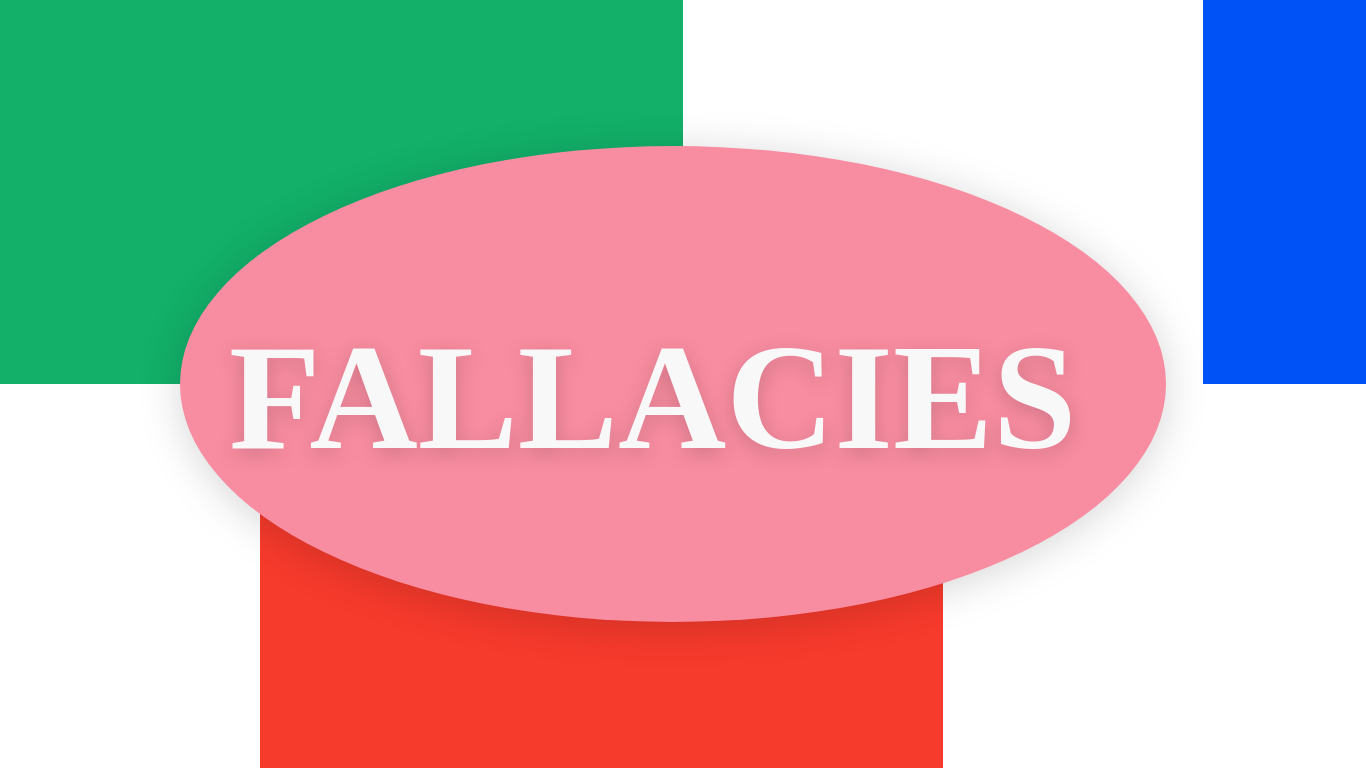
Repository: yafugray/fallacies
Page: project/Midterm project/index.html
These files come from the project's save history. The page is drawn as it stood at one moment and after the next save; the edit follows.
The browser window is 1280 px wide. The page is 1366 px wide, so the pictures cover 1366 px, including what lies to the right of the window. The pictures show the whole page.

Above is the page before, as saved 2020-03-12 14:28:01.

After the next save:
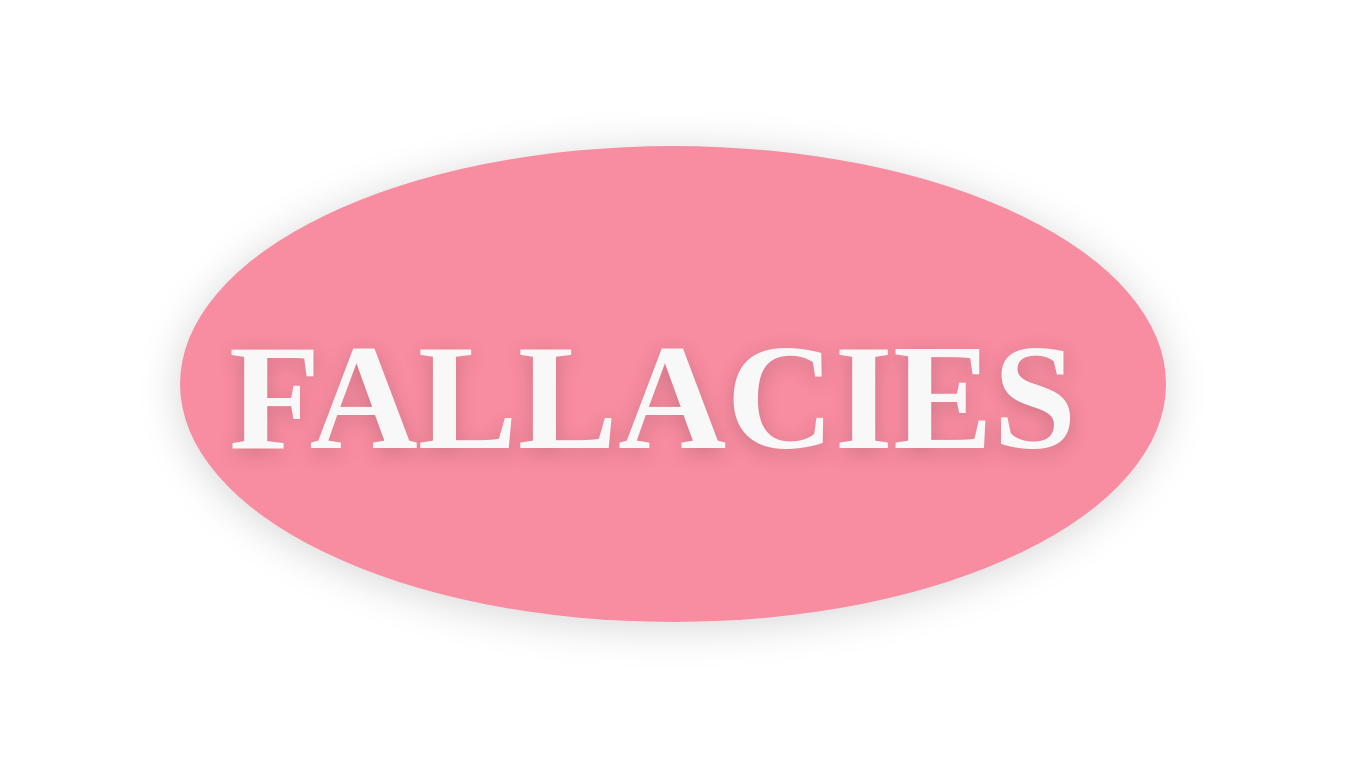
Saved 103 s later.
--- a/project/Midterm project/index.html
+++ b/project/Midterm project/index.html
@@ -9,19 +9,19 @@
 <body>
     <div id="custom___1">
         <svg class="Rectangle_1">
-            <rect fill="rgba(18,176,105,1)" id="Rectangle_1" rx="0" ry="0" x="0" y="0" width="683" height="384">
+            <rect fill="rgba(18,176,105,1)" id="Rectangle_1" rx="0" ry="0" x="0" y="0">
             </rect>
         </svg>
         <svg class="Rectangle_4">
-            <rect fill="rgba(246,58,44,1)" id="Rectangle_4" rx="0" ry="0" x="0" y="0" width="683" height="384">
+            <rect fill="rgba(246,58,44,1)" id="Rectangle_4" rx="0" ry="0" x="0" y="0">
             </rect>
         </svg>
         <svg class="Rectangle_2">
-            <rect fill="rgba(0,82,247,1)" id="Rectangle_2" rx="0" ry="0" x="0" y="0" width="683" height="384">
+            <rect fill="rgba(0,82,247,1)" id="Rectangle_2" rx="0" ry="0" x="0" y="0">
             </rect>
         </svg>
         <svg class="Rectangle_3">
-            <rect fill="rgba(255,182,26,1)" id="Rectangle_3" rx="0" ry="0" x="0" y="0" width="683" height="384">
+            <rect fill="rgba(255,182,26,1)" id="Rectangle_3" rx="0" ry="0" x="0" y="0">
             </rect>
         </svg>
         <div onclick="application.goToTargetView(event)" id="Group_22">
